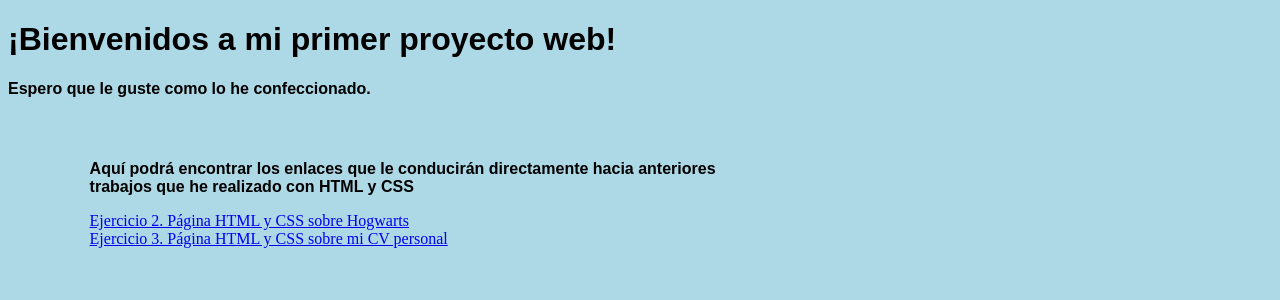
Repository: Pablosky971/Ejercicio-4.-Proyecto-Web
Page: http://localhost/Ejercicio4/
These files come from the project's save history. The page is drawn as it stood at one moment and after the next save; the edit follows.
The browser window is 1280 px wide. The pictures show the whole page.
The page is served by Tomcat 9.

Above is the page before, as saved 2022-03-09 12:45:32.

After the next save:
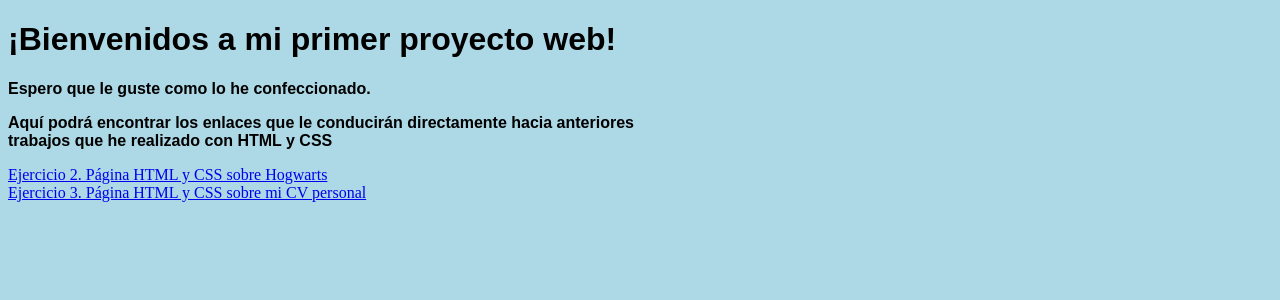
Saved 18 s later.
--- a/Ejercicio4/src/main/webapp/css/index.css
+++ b/Ejercicio4/src/main/webapp/css/index.css
@@ -19,6 +19,7 @@
 }
 
 nav {
+	border:
 	position: absolute;
 	top: 20%;
 	left: 7%;

After the 2 saves that followed:
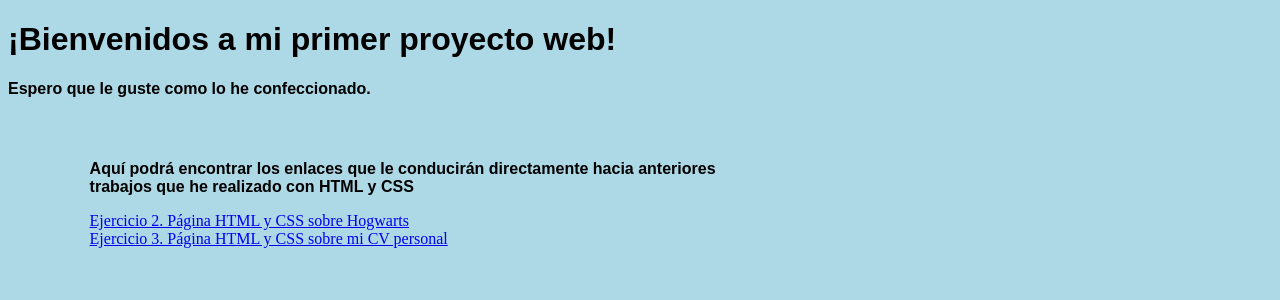
The 2 saves are shown as one change because they came seconds apart.
The last was saved 10 s later.
--- a/Ejercicio4/src/main/webapp/css/index.css
+++ b/Ejercicio4/src/main/webapp/css/index.css
@@ -19,7 +19,7 @@
 }
 
 nav {
-	border:
+	border: 2px;
 	position: absolute;
 	top: 20%;
 	left: 7%;
